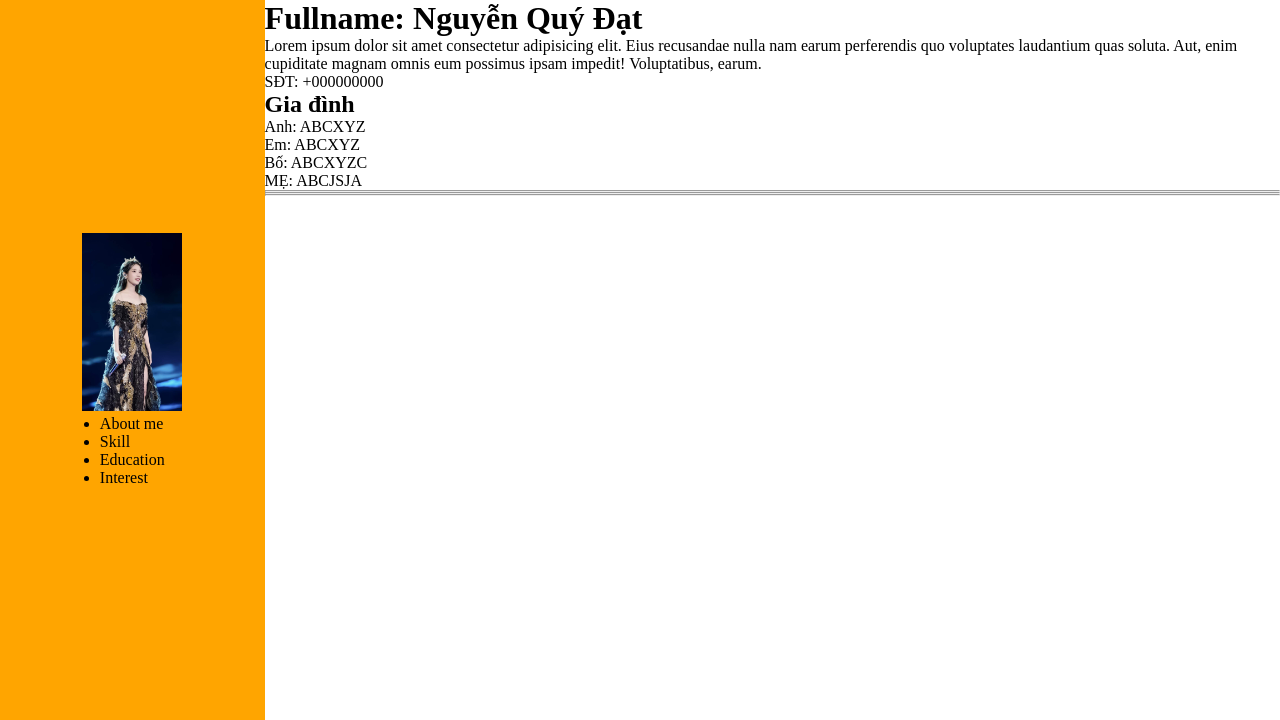
Repository: KinD2704/Web-University
Page: test/index.html
An editor plug-in stored every save of this project. The page is shown before and after the next save, followed by the edit.
The browser window is 1280 px wide. The pictures show the whole page.

Above is the page before, as saved 2023-12-01 22:36:11.

### test/index.html
<!DOCTYPE html>
<html lang="en">
    <head>
        <meta charset="UTF-8" />
        <meta name="viewport" content="width=device-width, initial-scale=1.0" />
        <title>Document</title>
        <link rel="stylesheet" href="style.css" />
    </head>
    <body>
        <div class="main">
            <div class="menu">
                <div class="logo">
                    <img
                        src="IU.jpg"
                        width="100"
                        alt="Đây là hình ảnh của tôi"
                    />
                </div>
                <div class="list">
                    <ul>
                        <li>About me</li>
                        <li>Skill</li>
                        <li>Education</li>
                        <li>Interest</li>
                    </ul>
                </div>
            </div>
            <div class="para">
                <div class="aboutme">
                    <h1>Fullname: Nguyễn Quý Đạt</h1>
                    <p>
                        Lorem ipsum dolor sit amet consectetur adipisicing elit.
                        Eius recusandae nulla nam earum perferendis quo
                        voluptates laudantium quas soluta. Aut, enim cupiditate
                        magnam omnis eum possimus ipsam impedit! Voluptatibus,
                        earum.
                    </p>
                    <p>SĐT: +000000000</p>
                    <h2>Gia đình</h2>
                    <p>Anh: ABCXYZ</p>
                    <p>Em: ABCXYZ</p>
                    <p>Bố: ABCXYZC</p>
                    <p>MẸ: ABCJSJA</p>
                </div>
                <hr />
                <div class="Skill"></div>
                <hr />
                <div class="Education"></div>
                <hr />
                <div class="Interest"></div>
            </div>
        </div>
    </body>
</html>

### test/style.css
* {
    padding: 0;
    margin: 0;
}
.main {
    display: flex;
}
.main .menu {
    background-color: orange;
    /* width: 30%; */
    flex-basis: 30%;
    display: flex;
    justify-content: center;
    align-items: center;
    flex-direction: column;
    height: 100vh;
}

After the next save:
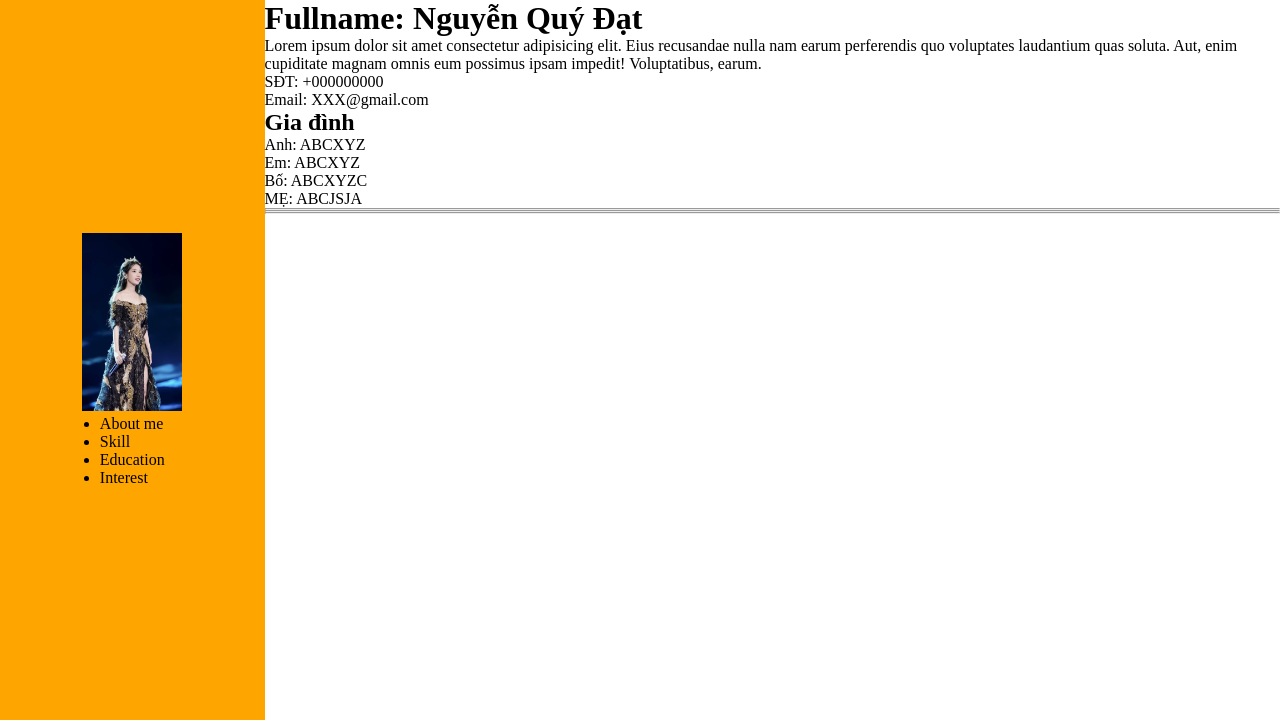
Saved 21 s later.
--- a/test/index.html
+++ b/test/index.html
@@ -36,6 +36,7 @@
                         earum.
                     </p>
                     <p>SĐT: +000000000</p>
+                    <p>Email: XXX@gmail.com</p>
                     <h2>Gia đình</h2>
                     <p>Anh: ABCXYZ</p>
                     <p>Em: ABCXYZ</p>
